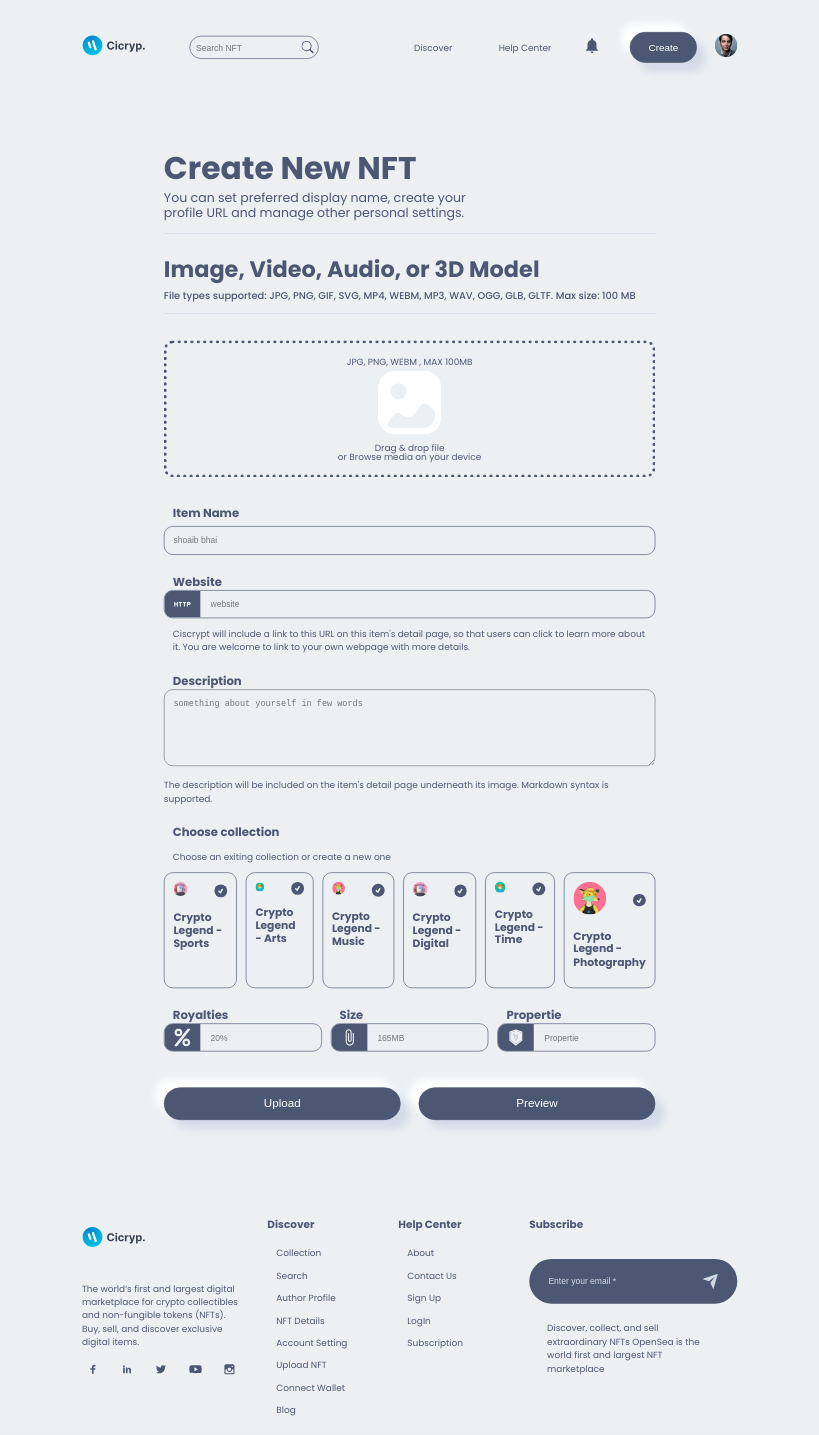
Repository: coderboy-yash/nft-marketplace
Page: /uploadNFT (app in nftMarketplaceUi/)
An editor plug-in stored every save of this project. The page is shown before and after the next save, followed by the edit.
The browser window is 1280 px wide. The pictures show the whole page, at 64% of full size.
The project was rebuilt for these pictures with package versions that can differ from the ones it lists, and the page was loaded fresh each time. The framework's server and built-in components were replaced by stand-ins that run in the browser. Also part of the build but not shown: nftMarketplaceUi/next.config.js, nftMarketplaceUi/components/NavBar/Profile/Profile.module.css, nftMarketplaceUi/components/NavBar/Profile/Profile.jsx, nftMarketplaceUi/components/NavBar/Notification/Notification.module.css, nftMarketplaceUi/components/NavBar/Notification/Notification.jsx, nftMarketplaceUi/components/NavBar/SideBar/SideBar.module.css, nftMarketplaceUi/components/NavBar/SideBar/SideBar.jsx, nftMarketplaceUi/components/HeroSection/HeroSection.module.css and 41 more.

Above is the page before, as saved 2023-06-10 15:08:13.

After the next save:
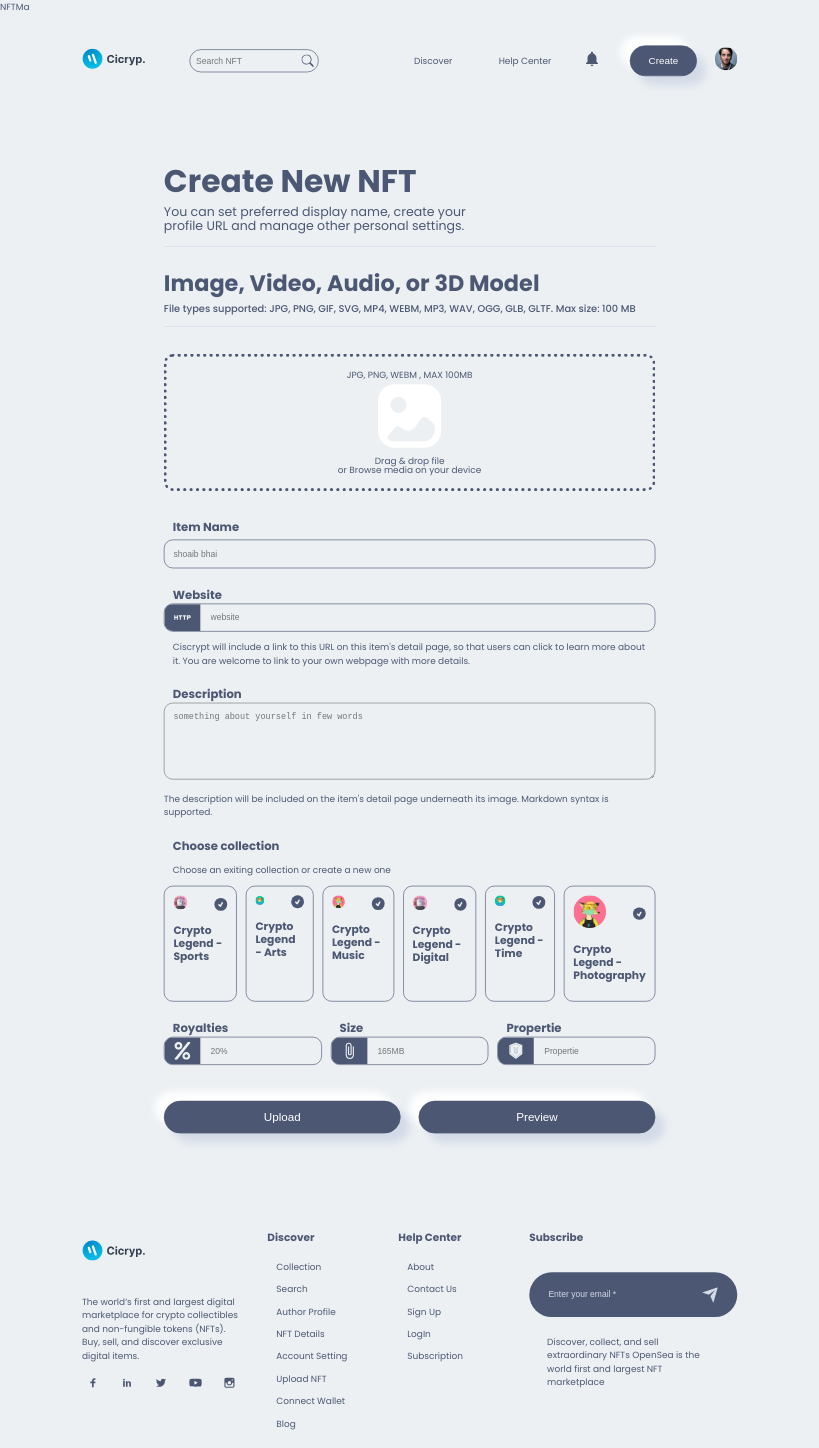
Saved 26 s later.
--- a/nftMarketplaceUi/pages/_app.js
+++ b/nftMarketplaceUi/pages/_app.js
@@ -6,6 +6,7 @@ import { NFTMarketplaceProvider } from "../Context/NFTMarketplaceContext";
 
 const MyApp = ({ Component, pageProps }) => (
   <div>
+    NFTMa
     <NavBar />
     <Component {...pageProps} />
     <Footer />
